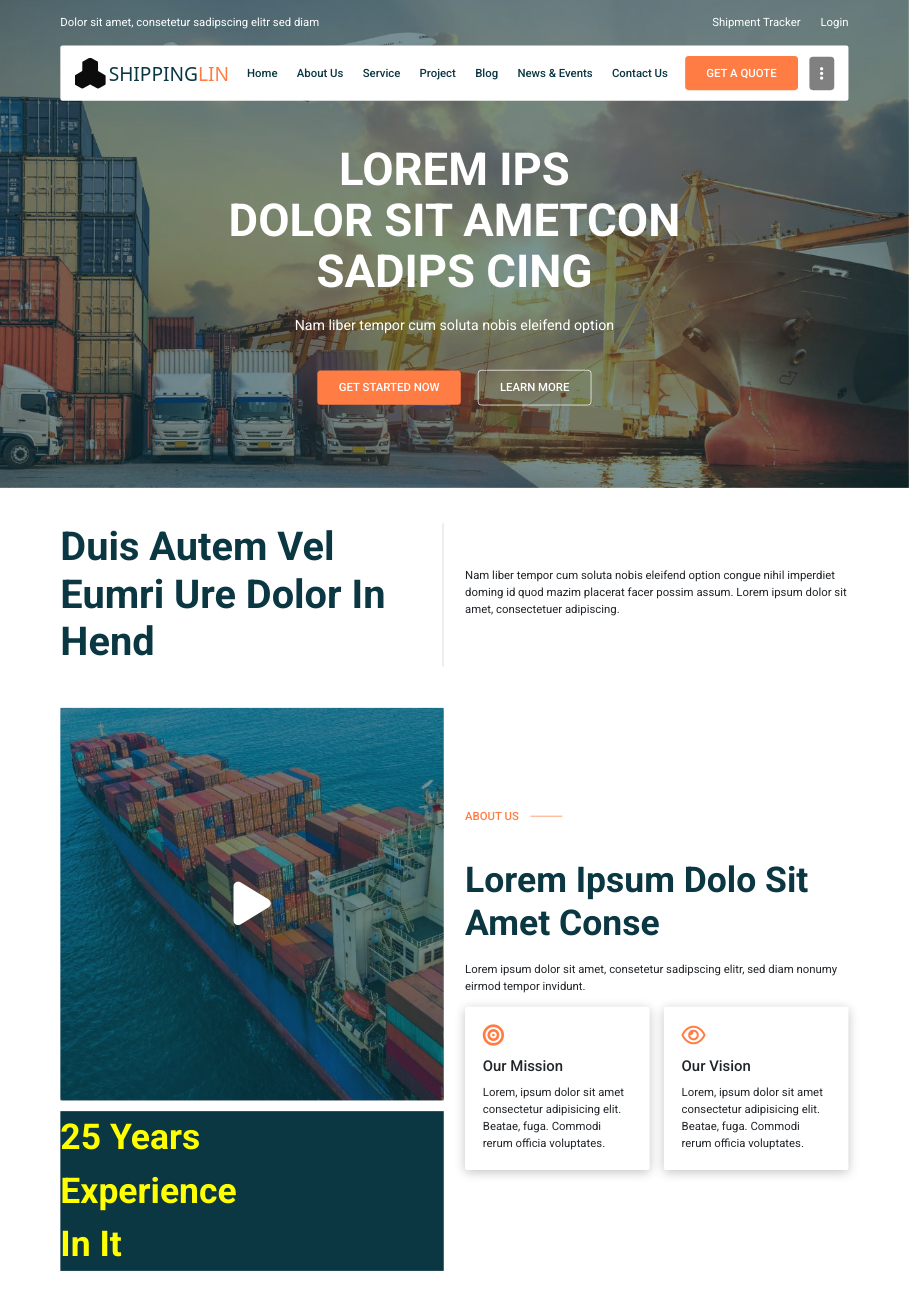
Repository: nazmulalok/shipping-template
Page: index.html
The author's editor kept a copy of each file at every save. The page is drawn from the files as they stood at one save, then again after the next save.
The browser window is 1280 px wide. The pictures show the whole page, at 71% of full size.
Some web libraries are served in a nearby version.

Above is the page before, as saved 2022-10-08 11:46:50.

### index.html
<!DOCTYPE html>
<html lang="en">

    <head>
        <meta charset="UTF-8">
        <meta http-equiv="X-UA-Compatible" content="IE=edge">
        <meta name="viewport" content="width=device-width, initial-scale=1.0">
        <link rel="preconnect" href="https://fonts.googleapis.com">
        <link rel="preconnect" href="https://fonts.gstatic.com" crossorigin>
        <link
            href="https://fonts.googleapis.com/css2?family=Roboto:ital,wght@0,300;0,400;0,500;0,700;0,900;1,300;1,400;1,500;1,700;1,900&display=swap"
            rel="stylesheet">
        <link rel="stylesheet" href="https://cdnjs.cloudflare.com/ajax/libs/font-awesome/6.2.0/css/all.min.css"
            integrity="sha512-xh6O/CkQoPOWDdYTDqeRdPCVd1SpvCA9XXcUnZS2FmJNp1coAFzvtCN9BmamE+4aHK8yyUHUSCcJHgXloTyT2A=="
            crossorigin="anonymous" referrerpolicy="no-referrer" />
        <link rel="stylesheet" href="https://cdn.jsdelivr.net/npm/bootstrap@4.0.0/dist/css/bootstrap.min.css"
            integrity="sha384-Gn5384xqQ1aoWXA+058RXPxPg6fy4IWvTNh0E263XmFcJlSAwiGgFAW/dAiS6JXm" crossorigin="anonymous">
        <link rel="stylesheet" href="style.css">
        <title>Document</title>
    </head>

    <body>
        <header class="header-top">
            <div class="container">
                <div class="top-bar">
                    <p class="m-0">Dolor sit amet, consetetur sadipscing elitr sed diam</p>
                    <div>
                        <span class="mr-4">Shipment Tracker</span>
                        <span>Login</span>
                    </div>
                </div>
                <div class="header-area">
                    <div class="logo">
                        <img src="images/box.svg" alt="Logo Box" class="me-2">
                        <img src="images/shipping-logo.svg" alt="Shipping Logo">
                    </div>
                    <nav>
                        <ul>
                            <li><a href="#">Home</a></li>
                            <li><a href="#">About Us</a></li>
                            <li><a href="#">Service</a></li>
                            <li><a href="#">Project</a></li>
                            <li><a href="#">Blog</a></li>
                            <li><a href="#">News & Events</a></li>
                            <li><a href="#">Contact Us</a></li>
                        </ul>
                    </nav>
                    <div class="nav-btn">
                        <a class="common-btn mr-3" href="#">Get A Quote</a>
                        <i class="fa-solid fa-ellipsis-vertical"></i>
                    </div>
                </div>
            </div>
        </header>
        <!-- Slider -->
        <section>
            <div class="main-slider">
                <div class="container">
                    <div class="slide-content">
                        <div class="slide-text">
                            <div class="slider-title mb-4">Lorem ips<br>
                                dolor sit ametcon<br>
                                sadips cing</div>
                            <p>Nam liber tempor cum soluta nobis eleifend option</p>
                            <div class="sliderBtn mt-5"><a class="common-btn mr-4" href="#">Get Started Now</a><a
                                    class="common-btn outline-btn" href="#">Learn More</a></div>
                        </div>
                    </div>
                </div>
            </div>
        </section>
        <!-- Slider Ends -->
        <div class="common-sec">
            <div class="container">
                <div class="row align-items-center">
                    <div class="col-lg-6">
                        <h1 class="border-heading">Duis Autem Vel Eumri
                            Ure Dolor In Hend</h1>
                    </div>
                    <div class="col-lg-6">
                        <p class="ms-4">Nam liber tempor cum soluta nobis eleifend option congue nihil imperdiet doming
                            id quod mazim
                            placerat facer possim assum. Lorem ipsum dolor sit amet, consectetuer adipiscing.</p>
                    </div>
                </div>
                <div class="row align-items-center mt-5">
                    <div class="col-lg-6">
                        <div class="video-box img-box img-shadow">
                            <img src="images/ship-products.jpg" alt="Ship Products" />
                            <a data-fancybox="" href="" class="video-btn">
                                <i class="fa fa-play"></i>
                            </a>
                        </div>
                        <div class="exp-section">
                            <div class="title">
                                25 <span class="exp-title">
                                    Years <br>Experience <br>In It
                                </span>
                            </div>
                        </div>
                    </div>
                    <div class="col-lg-6">
                        <span class="sp-title">About Us</span>
                        <h2 class="mb-4">Lorem Ipsum Dolo
                            Sit Amet Conse</h2>
                        <p>Lorem ipsum dolor sit amet, consetetur sadipscing elitr, sed diam nonumy eirmod tempor
                            invidunt.</p>
                        <div class="boxes">
                            <div class="common-box">
                                <div class="content">
                                    <i class="fa-solid fa-bullseye"></i>
                                    <div class="box-title">
                                        Our Mission
                                    </div>
                                    <p>Lorem, ipsum dolor sit amet consectetur adipisicing elit. Beatae, fuga. Commodi
                                        rerum
                                        officia voluptates.</p>
                                </div>
                            </div>
                            <div class="common-box">
                                <div class="content">
                                    <i class="fa-regular fa-eye"></i>
                                    <div class="box-title">
                                        Our Vision
                                    </div>
                                    <p>Lorem, ipsum dolor sit amet consectetur adipisicing elit. Beatae, fuga. Commodi
                                        rerum
                                        officia voluptates.</p>
                                </div>
                            </div>
                        </div>
                    </div>
                </div>
            </div>
        </div>














        <script src="https://code.jquery.com/jquery-3.2.1.slim.min.js"
            integrity="sha384-KJ3o2DKtIkvYIK3UENzmM7KCkRr/rE9/Qpg6aAZGJwFDMVNA/GpGFF93hXpG5KkN"
            crossorigin="anonymous"></script>
        <script src="https://cdn.jsdelivr.net/npm/popper.js@1.12.9/dist/umd/popper.min.js"
            integrity="sha384-ApNbgh9B+Y1QKtv3Rn7W3mgPxhU9K/ScQsAP7hUibX39j7fakFPskvXusvfa0b4Q"
            crossorigin="anonymous"></script>
        <script src="https://cdn.jsdelivr.net/npm/bootstrap@4.0.0/dist/js/bootstrap.min.js"
            integrity="sha384-JZR6Spejh4U02d8jOt6vLEHfe/JQGiRRSQQxSfFWpi1MquVdAyjUar5+76PVCmYl"
            crossorigin="anonymous"></script>
    </body>

</html>

### style.css
/* Common CSS Starts*/
*,
*::before,
*::after {
    box-sizing: border-box;
    margin: 0;
    padding: 0;
}

html {
    scroll-behavior: smooth;
}

:root {
    --main-color: #FF7D44;
    --secondary-color: #0B3742;
    --tertiary-color: #FFFFFF;
}

body {
    font-family: 'Roboto', sans-serif;
}

a.white-space {
    white-space: nowrap;
}

/* Common CSS Ends */

/* slider style starts */

.main-slider>* {
    z-index: 10;
}

.main-slider {
    background: url(images/shipping-banner.jpg);
    height: 700px;
    width: 100%;
    background-size: cover;
    background-repeat: no-repeat;
    background-position: center;
    position: relative;
    display: flex;
    align-items: center;
    transition: all 1s;
    margin-top: -155px;
    z-index: 50;
}

.main-slider:before {
    content: '';
    width: 100%;
    height: 100%;
    top: 0;
    left: 0;
    position: absolute;
    background-color: rgb(11 55 66 / 55%);
    z-index: 1;
}

.slide-content {
    text-align: center;
}

.slide-text {
    color: var(--tertiary-color);
    padding-top: 100px;
}

.slider-title {
    font-size: 4rem;
    font-weight: 600;
    line-height: 4.5rem;
    text-transform: uppercase;
}

.slide-text p {
    font-size: 20px;
}

a.common-btn {
    display: inline-block;
    text-decoration: none;
    color: var(--tertiary-color);
    background: var(--main-color);
    padding: 12px 30px;
    border-radius: 5px;
    font-size: 16px;
    font-weight: 500;
    text-transform: uppercase;
    transition: all 1s ease;
}

a.common-btn:hover {
    background: var(--tertiary-color);
    color: var(--secondary-color);
}

a.common-btn.outline-btn {
    background: transparent !important;
    border: 1px solid var(--tertiary-color);
}

a.common-btn.outline-btn:hover {
    background: var(--tertiary-color) !important;
}

/* Header style starts */

.header-top {
    z-index: 100;
    background: transparent;
    position: relative;
}

.top-bar,
.header-area {
    display: flex;
    justify-content: space-between;
    align-items: center;
    color: var(--tertiary-color);
}

.top-bar {
    padding: 20px 0px;
}

.header-area {
    background: var(--tertiary-color);
    padding: 15px 20px;
    border-radius: 3px;
}

nav ul {
    list-style-type: none;
    color: var(--secondary-color);
    display: flex;
    gap: 1.7rem;
    margin: 0;
}

nav ul a {
    color: var(--secondary-color);
    text-decoration: none;
    font-size: 16px;
    font-weight: 500;
    transition: all 0.5s;
}

nav ul a:hover {
    color: var(--main-color);
    transition: all 0.5s;
}

.nav-btn {
    align-items: center;
    display: flex;
}

.nav-btn i {
    color: var(--tertiary-color);
    font-size: 21px;
    background: gray;
    padding: 13px 15px;
    border-radius: 5px;
}

/* Headings Styles */

h1 {
    font-size: 56px;
}

h2 {
    font-size: 50px;
}

h3 {
    font-size: 44px;
}

h4 {
    font-size: 38px;
}

h5 {
    font-size: 32px;
}

h6 {
    font-size: 26px;
}

h1,
h2,
h3,
h4,
h5,
h6 {
    font-weight: 700;
    margin-bottom: 10px;
    color: var(--secondary-color);
}

/* Section Styles */

.py-50,
.common-sec {
    padding-top: 50px;
    padding-bottom: 50px;
}

.common-sec {
    position: relative;
    z-index: 0;
}

.common-sec:nth-child(even):before {
    content: "";
    position: absolute;
    width: 1000%;
    height: 100%;
    top: 50%;
    left: 50%;
    transform: translate(-50%, -50%);
    background-color: #f9f9f9;
    border-bottom: 1px solid #f6f6f6;
    z-index: -1;
}

/* Image box style */

.img-box {
    border-radius: 3px;
    transition: 0.5s;
    margin-bottom: 15px;
    text-align: center;
    position: relative;
}

.img-box img {
    border-radius: 3px;
}

.img-box:last-child {
    margin-bottom: 0;
}

figure.img-box img+figcaption {
    margin-top: 10px;
    text-align: left;
    padding: 10px;
    border-radius: 3px;
    box-shadow: -5px 5px 20px 0 rgb(0 0 0 / 5%);
}

.img-box.img-shadow:before {
    content: '';
    width: 100%;
    height: 100%;
    position: absolute;
    top: 0;
    left: 0;
    background-color: rgb(11 55 66 / 55%);
}

/* Video Box */

.video-box {
    position: relative;
}

.video-box img {
    border-radius: 3px;
    width: 100%;
}

.video-btn {
    position: absolute;
    text-align: center;
    color: var(--tertiary-color);
    font-size: 30px;
    border: none;
    left: 50%;
    top: 50%;
    -webkit-transform: translate(-50%, -50%);
    transform: translate(-50%, -50%);
    display: flex;
    justify-content: center;
    align-items: center;
    text-decoration: none !important;
    box-shadow: none;
    transition: 0.5s;
}

.video-btn .fa-play {
    color: var(--tertiary-color);
    position: relative;
    z-index: 99;
    -webkit-transition: color 0.5s;
    transition: 0.5s;
    text-decoration: none;
    line-height: 80px;
    font-size: 70px;
}

.video-btn:hover {
    color: inherit;
}

.video-btn:hover .fa-play {
    color: var(--main-color);
}

.video-btn:before,
.video-btn:after {
    display: none;
}

/* Common Box Styles */

.common-box {
    box-shadow: rgb(0 0 0 / 24%) 0px 3px 15px;
    height: 100%;
    background-color: #fff;
    border-radius: 3px;
    transition: all 0.5s ease;
}

.common-box>.img-box {
    margin-bottom: 0;
}

.common-box .common-heading:last-child,
.common-box p:last-child,
.common-box ul:last-child,
.common-box ul:last-child li:last-child,
.common-box .img-box:last-child {
    margin-bottom: 0;
}

.common-box>.content {
    padding: 25px;
}

/* Other CSS Starts */

.border-heading {
    border-right: 2px solid #E8E8E8;
}

.sp-title {
    display: flex;
    text-transform: uppercase;
    color: var(--main-color);
    font-weight: 500;
    align-items: center;
    margin-bottom: 3rem;
}

.sp-title:after {
    content: '';
    width: 20px;
    height: 1px;
    background: var(--main-color);
    flex: 0.1;
    margin-left: 1rem;
}

.boxes {
    display: grid;
    grid-template-columns: 1fr 1fr;
    grid-gap: 20px;
}

.common-box i {
    color: var(--main-color);
    font-size: 30px;
}

.common-box .box-title {
    font-size: 21px;
    font-weight: 500;
    margin: 10px 0px;
}

.common-box:hover {
    background-color: var(--main-color);
    color: var(--tertiary-color);
    transition: all 0.5s ease;
}

.common-box:hover i {
    color: var(--tertiary-color);
    transition: all 1s ease;
}

.exp-section {
    background: var(--secondary-color);
}

.exp-section .title {
    color: #FFFF00;
    font-size: 50px;
    font-weight: 600;
}

After the next save:
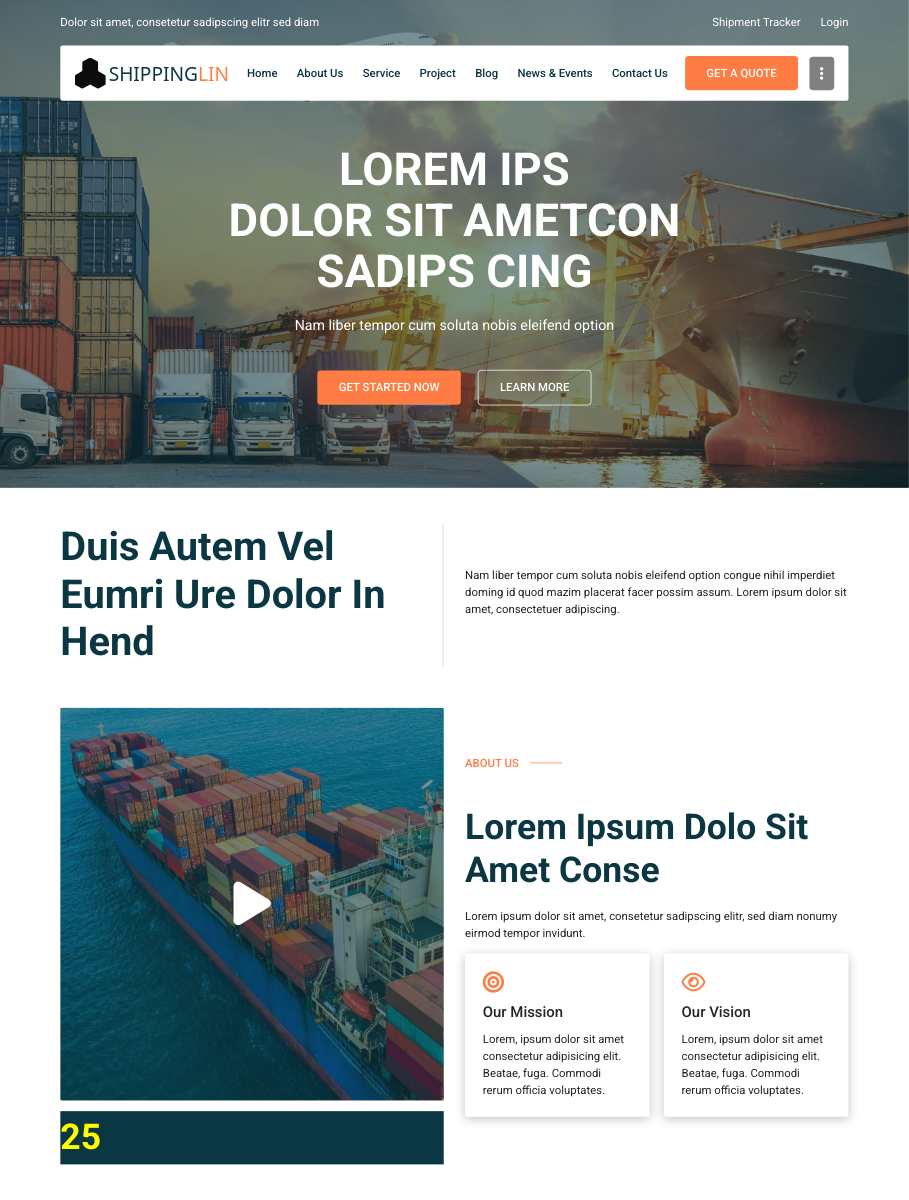
Saved 7 h 7 min later.
--- a/index.html
+++ b/index.html
@@ -93,9 +93,7 @@
                         </div>
                         <div class="exp-section">
                             <div class="title">
-                                25 <span class="exp-title">
-                                    Years <br>Experience <br>In It
-                                </span>
+                                25
                             </div>
                         </div>
                     </div>

After the save that followed:
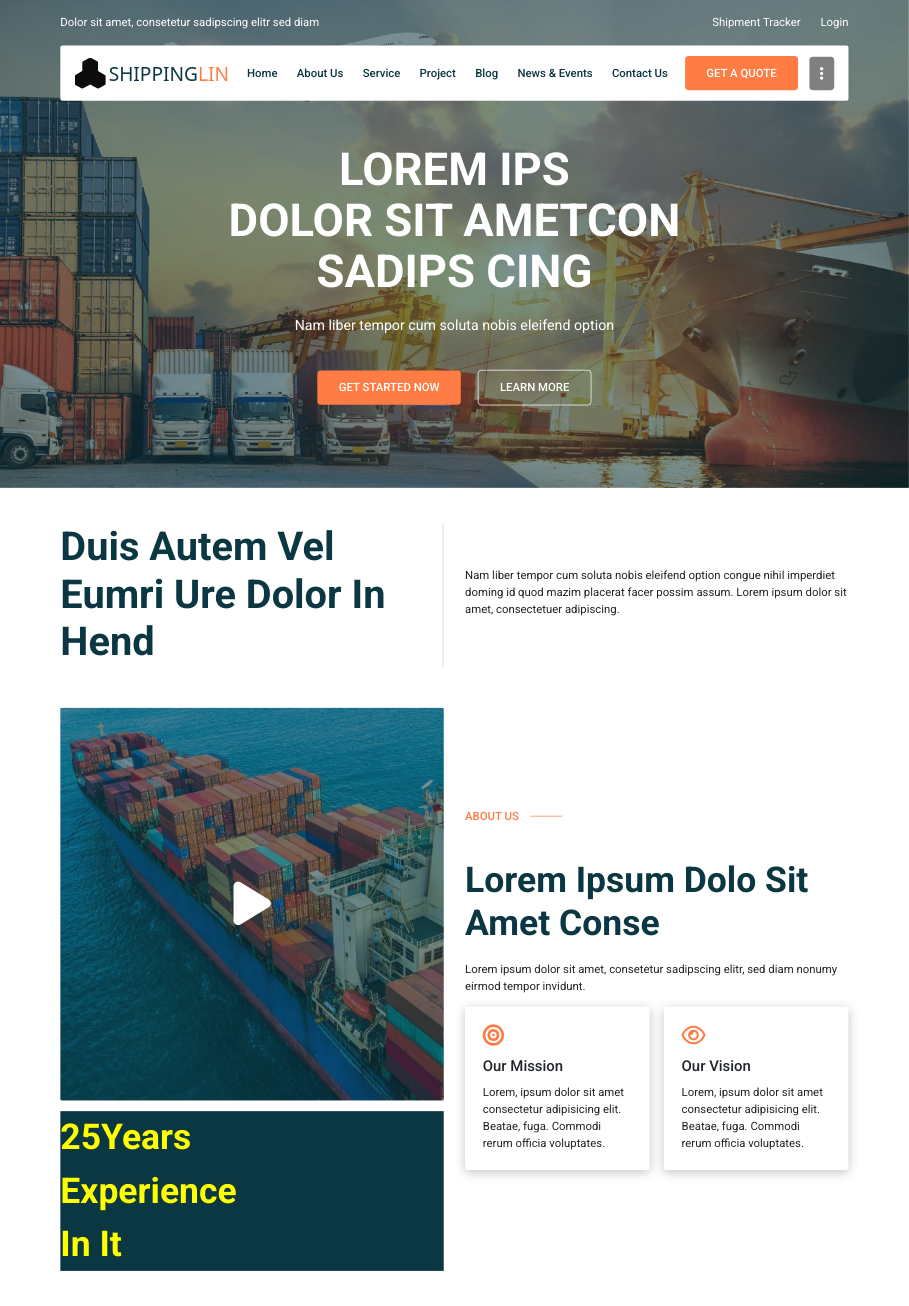
Saved 2 min 25 s later.
--- a/index.html
+++ b/index.html
@@ -93,7 +93,7 @@
                         </div>
                         <div class="exp-section">
                             <div class="title">
-                                25
+                                <span>25</span><span>Years <br>Experience <br>In It</span>
                             </div>
                         </div>
                     </div>
